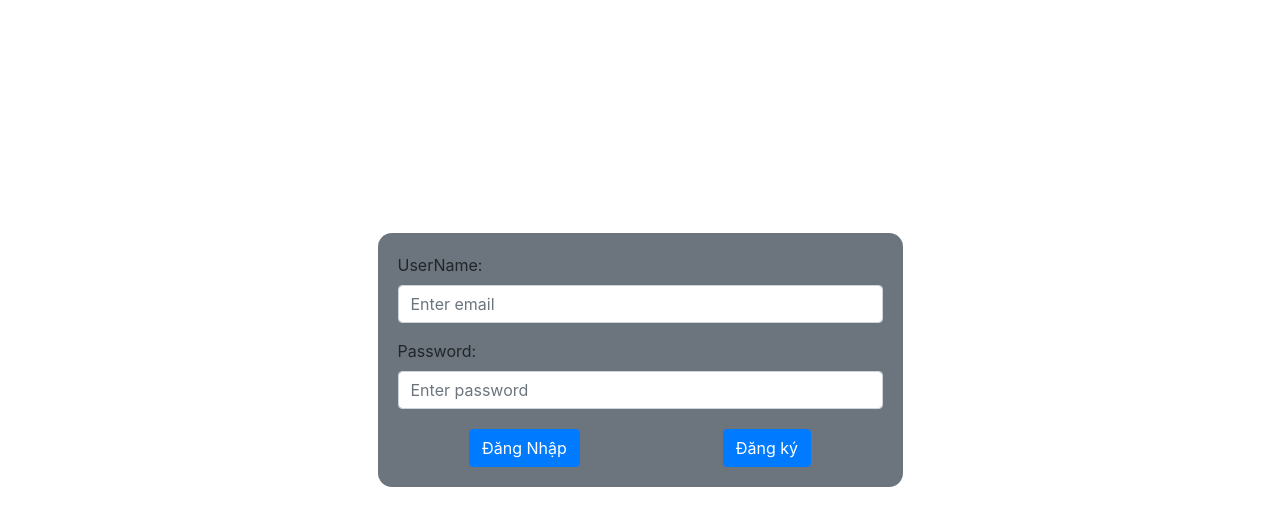
Repository: huutien1904/bai3-ltw
Page: http://localhost/login.php
The author's editor kept a copy of each file at every save. The page is drawn from the files as they stood at one save, then again after the next save.
The browser window is 1280 px wide. The pictures show the whole page.
The page is run by PHP 8.4 with error messages shown; the project is at /var/www/html/.

Above is the page before, as saved 2021-11-21 23:15:05.

### login.php
<!DOCTYPE html>
<html lang="en">
<head>
    <meta charset="UTF-8">
    <meta http-equiv="X-UA-Compatible" content="IE=edge">
    <meta name="viewport" content="width=device-width, initial-scale=1.0">
    <link rel="stylesheet" href="https://maxcdn.bootstrapcdn.com/bootstrap/4.5.2/css/bootstrap.min.css">

    <script src="https://ajax.googleapis.com/ajax/libs/jquery/3.5.1/jquery.min.js"></script>
    <script src="https://cdnjs.cloudflare.com/ajax/libs/popper.js/1.16.0/umd/popper.min.js"></script>
    <script src="https://maxcdn.bootstrapcdn.com/bootstrap/4.5.2/js/bootstrap.min.js"></script>
    <link rel="stylesheet" href="./style_login.css">
    <title>Login Quản lý khách hàng</title>
</head>
<body>
    <div class="container  d-flex justify-content-center align-items-center" style="height:100vh;">
        <div class="col-md-6">
            <form action="/action_page.php" class="form_login">
                <div class="form-group">
                    <label for="email">UserName:</label>
                    <input type="text" class="form-control" placeholder="Enter email" id="email" name="username">
                </div>
                <div class="form-group">
                    <label for="pwd">Password:</label>
                    <input type="password" class="form-control" placeholder="Enter password" id="pwd" name="password">
                </div>
                <div class="button">
                    <button type="submit" class="btn btn-primary">Đăng Nhập</button>
                    <button type="submit" class="btn btn-primary">Đăng ký</button>
                </div>

            </form>
        </div>
    </div>
</body>
</html>
<style>
    .form_login{
        padding: 20px !important;
        background: var(--secondary) !important;
        border-radius: 14px;
    }
    .button{
        display: flex;
        justify-content: space-around;
        margin-top: 20px;
    }
  </style>

### style_login.css
.form_login{
    padding: 20px !important;
    background: var(--secondary) !important;
    border-radius: 14px;
}

After the next save:
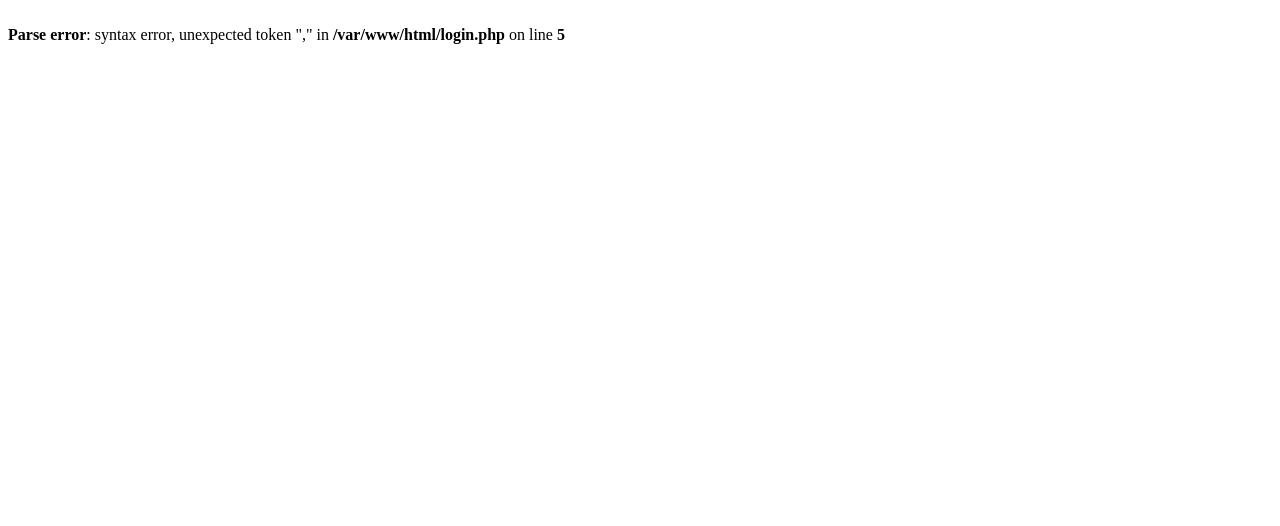
Saved 8 min 43 s later.
--- a/login.php
+++ b/login.php
@@ -1,3 +1,10 @@
+<?php
+    if(!empty($_POST)){
+        $username = $_POST['username'];
+        $password = $_POST['password'];
+        echo($username,$password)
+    }
+?>
 <!DOCTYPE html>
 <html lang="en">
 <head>
@@ -15,7 +22,7 @@
 <body>
     <div class="container  d-flex justify-content-center align-items-center" style="height:100vh;">
         <div class="col-md-6">
-            <form action="/action_page.php" class="form_login">
+            <form action="/action_page.php" class="form_login" method="post">
                 <div class="form-group">
                     <label for="email">UserName:</label>
                     <input type="text" class="form-control" placeholder="Enter email" id="email" name="username">
